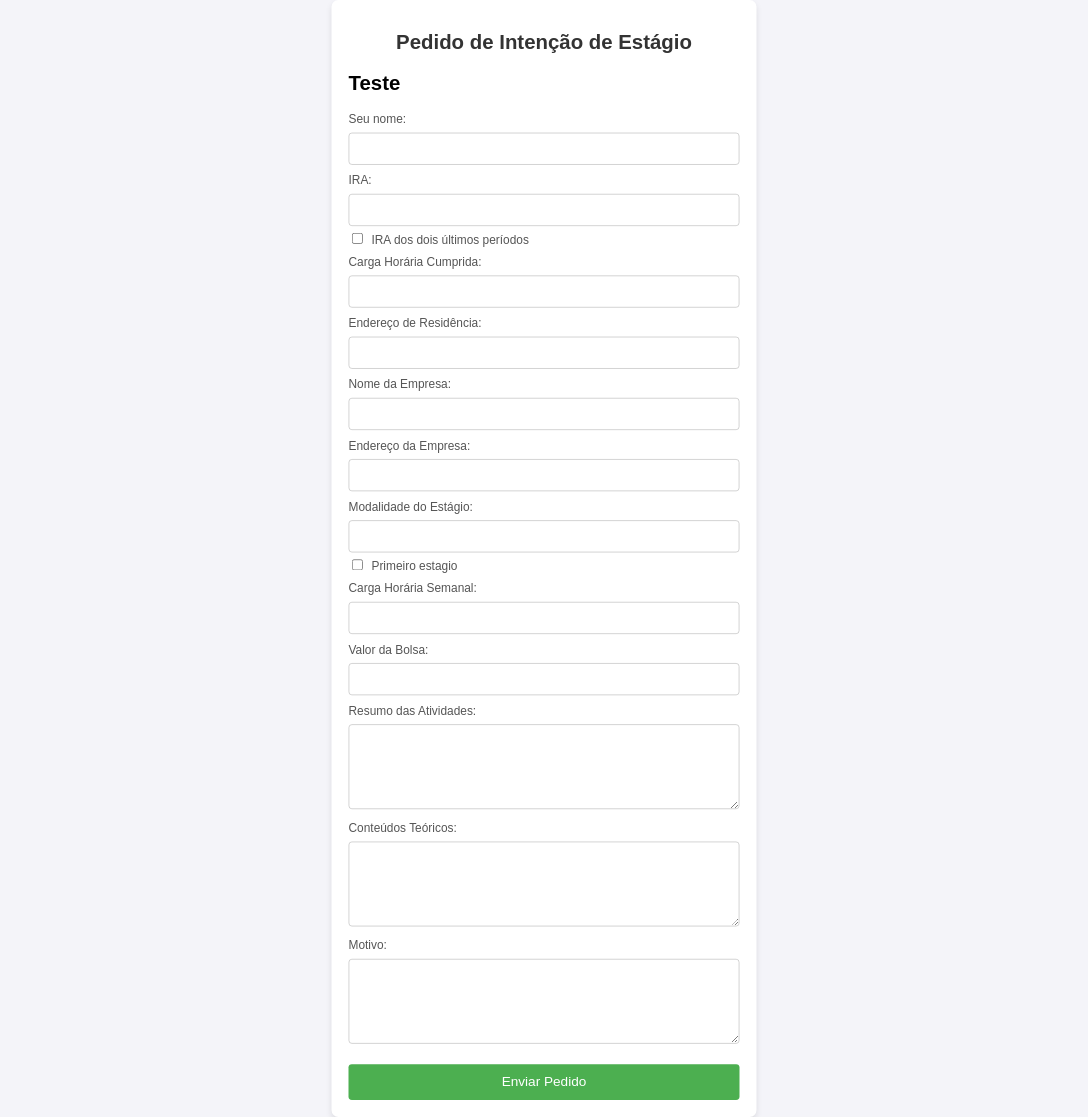
Repository: CronosUchoa/ArqSoft
Page: http://localhost/PedidoIntencaoNovoEstagioRDG/
These files come from the project's save history. The page is drawn as it stood at one moment and after the next save; the edit follows.
The browser window is 1280 px wide. The pictures show the whole page, at 85% of full size.
The page is served by Tomcat 9. Other server files are loaded and not shown.

Above is the page before, as saved 2024-11-27 12:49:54.

### PedidoIntencaoNovoEstagioRDG/src/main/webapp/WEB-INF/JSPS/index.jsp
<!DOCTYPE html>
<html lang="pt-br">
<head>
    <meta charset="UTF-8">
    <meta name="viewport" content="width=device-width, initial-scale=1.0">
    <title>Formulário de Pedido de Intenção</title>
    <style>
        body {
            font-family: Arial, sans-serif;
            background-color: #f4f4f9;
            display: flex;
            justify-content: center;
            align-items: center;
            margin: 0;
        }
        form {
            background-color: #fff;
            padding: 20px;
            border-radius: 8px;
            box-shadow: 0 4px 8px rgba(0, 0, 0, 0.1);
            width: 100%;
            max-width: 500px;
            box-sizing: border-box;
        }
        h1 {
            text-align: center;
            color: #333;
            font-size: 24px;
            margin-bottom: 20px;
        }
        label {
            font-size: 14px;
            color: #555;
            margin-top: 10px;
            display: block;
        }
        input, textarea, button {
            width: 100%;
            padding: 10px;
            margin-top: 8px;
            border-radius: 4px;
            border: 1px solid #ccc;
            font-size: 14px;
            box-sizing: border-box;
        }
        textarea {
            resize: vertical;
            min-height: 100px;
        }
        button {
            background-color: #4CAF50;
            color: white;
            border: none;
            cursor: pointer;
            font-size: 16px;
            margin-top: 20px;
            padding: 12px;
        }
        button:hover {
            background-color: #45a049;
        }
        /* New styles for checkbox container */
        .checkbox-container {
            display: flex;
            align-items: center;
            margin-top: 8px;
        }
        .checkbox-container input {
            width: auto;
            margin-right: 10px;
            margin-top: 0;
        }
        .checkbox-container label {
            margin-top: 0;
            display: inline;
        }
        .message {
            padding: 10px;
            margin-bottom: 20px;
            text-align: center;
            font-size: 14px;
            border-radius: 4px;
        }
        .success {
            background-color: #e6ffe6;
            color: #4CAF50;
            border: 1px solid #4CAF50;
        }
        .error {
            background-color: #ffe6e6;
            color: #f44336;
            border: 1px solid #f44336;
        }
    </style>
</head>
<body>
    <form action="Controller" method="post" onsubmit="return validarEGerarIdentificador()">
        <h1>Pedido de Intenção de Estágio</h1>
        <h2>Teste</h2>
        <input type="hidden" name="action" value="criarPedidoIntencao">

         <!-- Área para mensagens -->
        <%
            String mensagem = (String) request.getAttribute("mensagem");
            String tipoMensagem = (String) request.getAttribute("tipoMensagem");
            if (mensagem != null && tipoMensagem != null) {
        %>
            <div class="message <%= tipoMensagem %>">
                <%= mensagem %>
            </div>
        <% } %>

	    <input type="hidden" name="identificadorExistente" id="identificadorExistente">
	    <input type="hidden" name="identificador" id="identificador">

	    <script>
	    function validarEGerarIdentificador() {
	        // Recupera o identificador do usuário se já existir
	        const identificadorSalvo = localStorage.getItem('identificadorPedido_' + document.getElementById('usuario').value);

	        // Se já existir um identificador para este usuário
	        if (identificadorSalvo) {
	            // Verifica se deseja continuar
	            const confirmar = confirm('Você já tem um pedido de intenção em andamento. Deseja continuar mesmo assim?');

	            if (confirmar) {
	                // Mantém o identificador existente
	                document.getElementById('identificadorExistente').value = identificadorSalvo;
	                return true;
	            } else {
	                // Cancela o envio do formulário
	                return false;
	            }
	        } else {
	            // Gera novo identificador
	            const novoIdentificador = 'ID-' +
	                new Date().getTime() +
	                '-' +
	                Math.random().toString(36).substr(2, 9);

	            // Salva o novo identificador no localStorage
	            localStorage.setItem('identificadorPedido_' + document.getElementById('usuario').value, novoIdentificador);

	            // Define o valor do campo oculto
	            document.getElementById('identificador').value = novoIdentificador;

	            return true;
	        }
	    }
	    </script>

        <label for="usuario">Seu nome:</label>
        <input type="text" name="usuario" id="usuario" required><br>

        <label for="ira">IRA:</label>
        <input type="number" name="ira" id="ira" required><br>

        <div class="checkbox-container">
            <input type="checkbox" name="iraUlt" id="iraUlt" value="true" onclick="this.value = this.checked ? 'true' : 'false';">
            <label for="iraUlt">IRA dos dois últimos períodos</label>
        </div>

        <label for="cargaHorariaCumprida">Carga Horária Cumprida:</label>
        <input type="number" name="cargaHorariaCumprida" id="cargaHorariaCumprida" required><br>

        <label for="enderecoResidencia">Endereço de Residência:</label>
        <input type="text" name="enderecoResidencia" id="enderecoResidencia" required><br>

        <label for="nomeEmpresa">Nome da Empresa:</label>
        <input type="text" name="nomeEmpresa" id="nomeEmpresa" required><br>

        <label for="enderecoEmpresa">Endereço da Empresa:</label>
        <input type="text" name="enderecoEmpresa" id="enderecoEmpresa" required><br>

        <label for="modalidadeEstagio">Modalidade do Estágio:</label>
        <input type="text" name="modalidadeEstagio" id="modalidadeEstagio" required><br>

         <div class="checkbox-container">
            <input type="checkbox" name="primeiroEstagio" id="primeiroEstagio" value="true" onclick="this.value = this.checked ? 'true' : 'false';">
            <label for="primeiroEstagio">Primeiro estagio</label>
        </div>

        <label for="cargaHorariaSemanal">Carga Horária Semanal:</label>
        <input type="number" name="cargaHorariaSemanal" id="cargaHorariaSemanal" required><br>

        <label for="valorBolsa">Valor da Bolsa:</label>
        <input type="number" name="valorBolsa" id="valorBolsa" required><br>

        <label for="resumoAtividades">Resumo das Atividades:</label>
        <textarea name="resumoAtividades" id="resumoAtividades" required></textarea><br>

        <label for="conteudosTeoricos">Conteúdos Teóricos:</label>
        <textarea name="conteudosTeoricos" id="conteudosTeoricos" required></textarea><br>

        <label for="motivo">Motivo:</label>
        <textarea name="motivo" id="motivo" required></textarea><br>

        <button type="submit">Enviar Pedido</button>
    </form>
</body>
</html>

### PedidoIntencaoNovoEstagioRDG/src/main/java/Home/Home.java
package Home;

import java.io.IOException;

import javax.servlet.RequestDispatcher;
import javax.servlet.ServletException;
import javax.servlet.annotation.WebServlet;
import javax.servlet.http.HttpServlet;
import javax.servlet.http.HttpServletRequest;
import javax.servlet.http.HttpServletResponse;

/**
 * Servlet implementation class Home
 */
@WebServlet("/")
public class Home extends HttpServlet {
	private static final long serialVersionUID = 1L;

    /**
     * @see HttpServlet#HttpServlet()
     */
    public Home() {
        super();
        // TODO Auto-generated constructor stub
    }

	/**
	 * @see HttpServlet#doGet(HttpServletRequest request, HttpServletResponse response)
	 */
	protected void doGet(HttpServletRequest request, HttpServletResponse response) throws ServletException, IOException {
		// TODO Auto-generated method stub
		//response.getWriter().append("Served atgab: ").append(request.getContextPath());
		RequestDispatcher dispatcher = request.getRequestDispatcher("./WEB-INF/JSPS/index.jsp");
		dispatcher.forward(request, response);
	}

	/**
	 * @see HttpServlet#doPost(HttpServletRequest request, HttpServletResponse response)
	 */
	protected void doPost(HttpServletRequest request, HttpServletResponse response) throws ServletException, IOException {
		// TODO Auto-generated method stub
		doGet(request, response);
	}

}

After the next save:
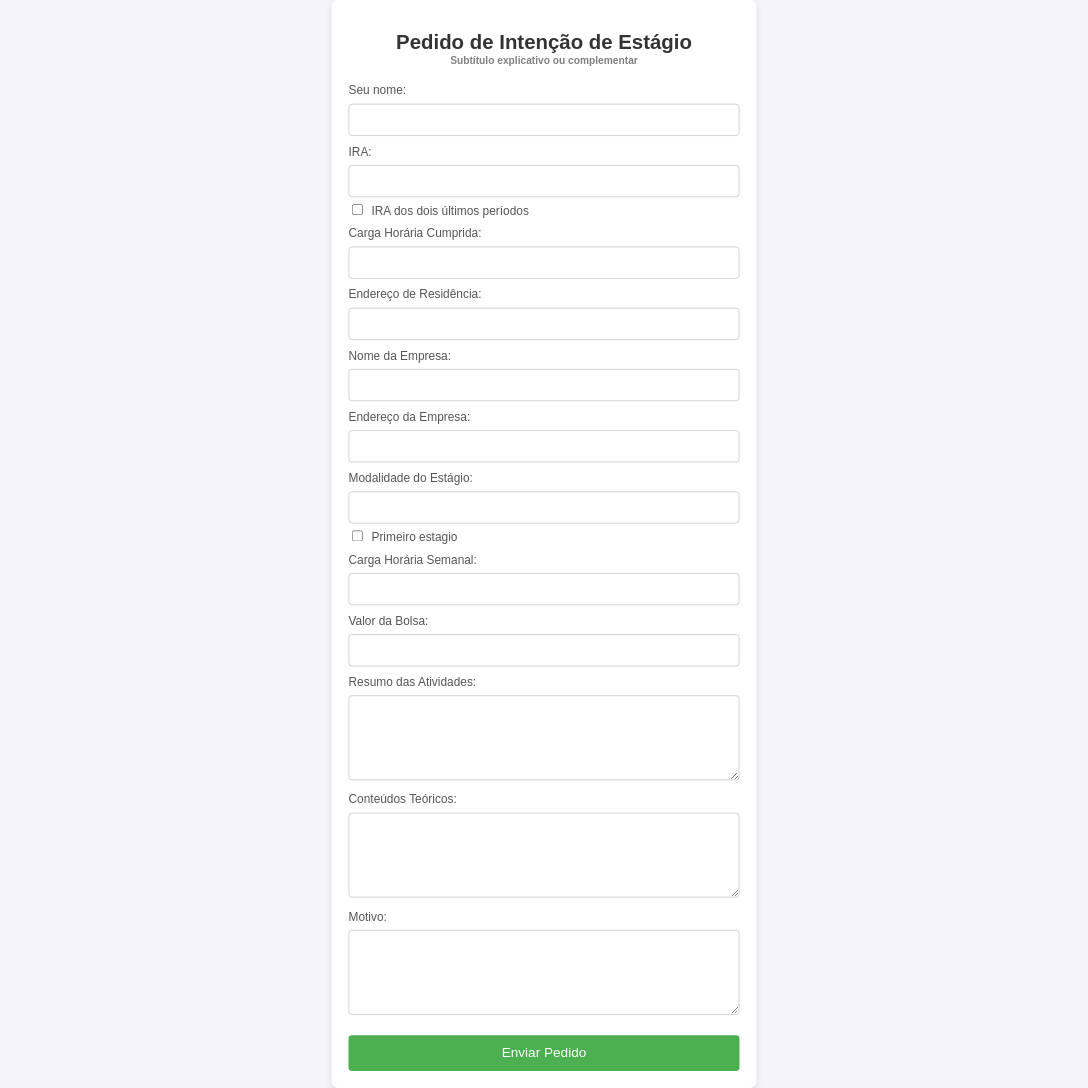
Saved 69 s later.
--- a/PedidoIntencaoNovoEstagioRDG/src/main/webapp/WEB-INF/JSPS/index.jsp
+++ b/PedidoIntencaoNovoEstagioRDG/src/main/webapp/WEB-INF/JSPS/index.jsp
@@ -95,8 +95,10 @@
 </head>
 <body>
     <form action="Controller" method="post" onsubmit="return validarEGerarIdentificador()">
-        <h1>Pedido de Intenção de Estágio</h1>
-        <h2>Teste</h2>
+       <h1>
+  Pedido de Intenção de Estágio
+  <span style="display: block; font-size: 12px; color: gray;">Subtítulo explicativo ou complementar</span>
+</h1>
         <input type="hidden" name="action" value="criarPedidoIntencao">
 
          <!-- Área para mensagens -->
